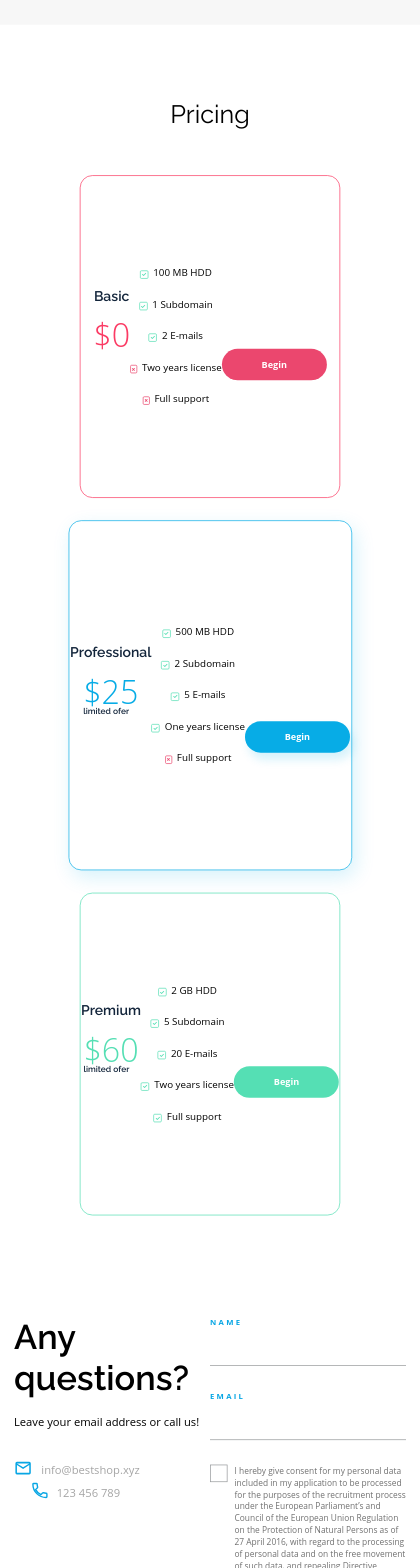
Repository: VolodymyrDubnytskyi/BestShop_project
Page: index.html
The author's editor kept a copy of each file at every save. The page is drawn from the files as they stood at one save, then again after the next save.
The browser window is 600 px wide. The pictures show the part of the page from y = 2726 to 4966 px (the page is 5288 px tall before and 4715 px after), at 70% of full size.
Some web libraries are served in a nearby version.

Above is the page before, as saved 2020-01-18 12:58:21.

After the next save:
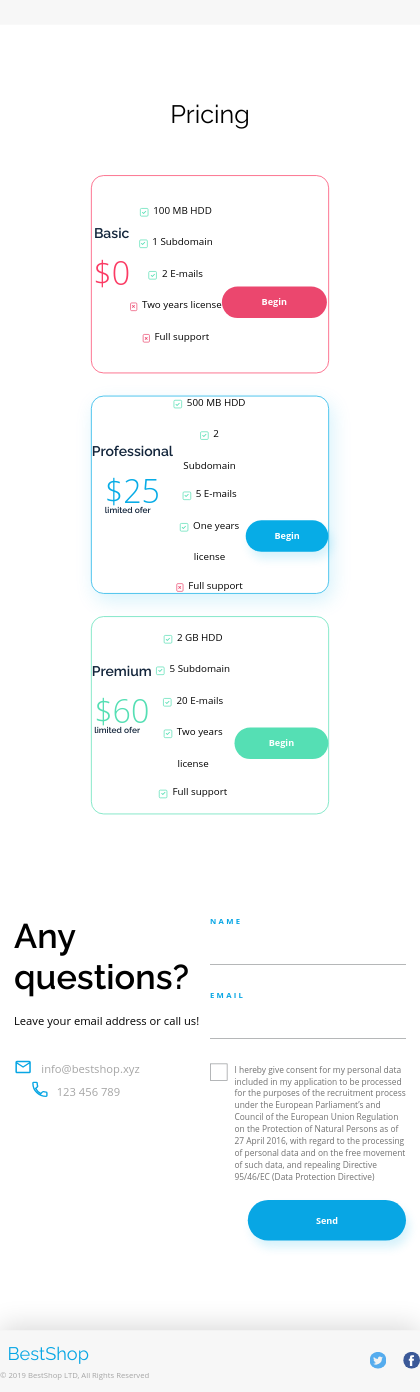
Saved 2 min 8 s later.
--- a/css/style.css
+++ b/css/style.css
@@ -940,6 +940,8 @@ background-color: #eb476d1d;
   .pricing-box {
     flex-direction: row;
     margin: 16px;
+    height: 283px;
+    width: 340px;
   }
   .pricing-box-basic{
 
